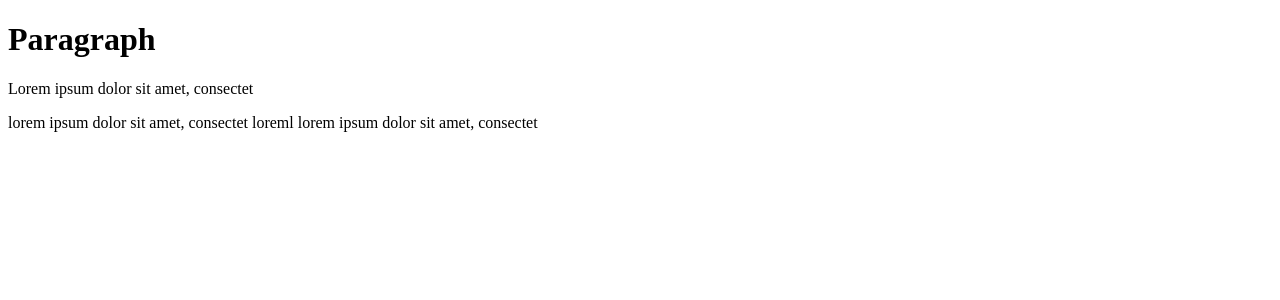
Repository: linas-dev/HTML-CSS-Projects
Page: Basic_HTML_and_CSS/Basic_HTML_3.html
The author's editor kept a copy of each file at every save. The page is drawn from the files as they stood at one save, then again after the next save.
The browser window is 1280 px wide. The pictures show the whole page.

Above is the page before, as saved 2021-05-26 23:05:34.

### Basic_HTML_and_CSS/Basic_HTML_3.html
<!DOCTYPE html>
<html lang="en">
<head>
    <meta charset="UTF-8">
    <meta http-equiv="X-UA-Compatible" content="IE=edge">
    <meta name="viewport" content="width=device-width, initial-scale=1.0">
    <link rel="stylesheet" href="Basic_CSS_1.css">
    <title>Document</title>

</head>
<body>
    <div>
        <h1>Paragraph</h1>
        <p>Lorem ipsum dolor sit amet, consectet</p>
    </div>

    <p>
        lorem ipsum dolor sit amet, consectet loreml lorem ipsum dolor sit amet, consectet</p>
    </p>
</body>
</html>

Loaded but not shown: Basic_HTML_and_CSS/Basic_CSS_1.css (no stored copy; drawn as an empty file)

After the next save:
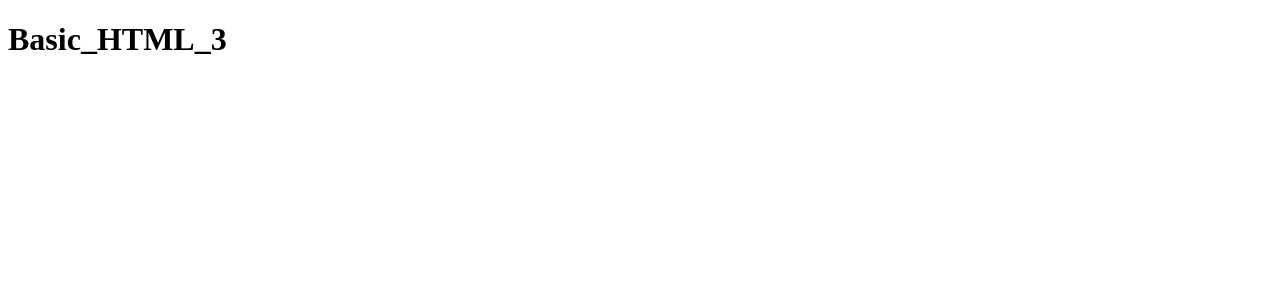
Saved 32 s later.
--- a/Basic_HTML_and_CSS/Basic_HTML_3.html
+++ b/Basic_HTML_and_CSS/Basic_HTML_3.html
@@ -10,12 +10,8 @@
 </head>
 <body>
     <div>
-        <h1>Paragraph</h1>
-        <p>Lorem ipsum dolor sit amet, consectet</p>
+        <h1>Basic_HTML_3</h1>
     </div>
 
-    <p>
-        lorem ipsum dolor sit amet, consectet loreml lorem ipsum dolor sit amet, consectet</p>
-    </p>
 </body>
 </html>
